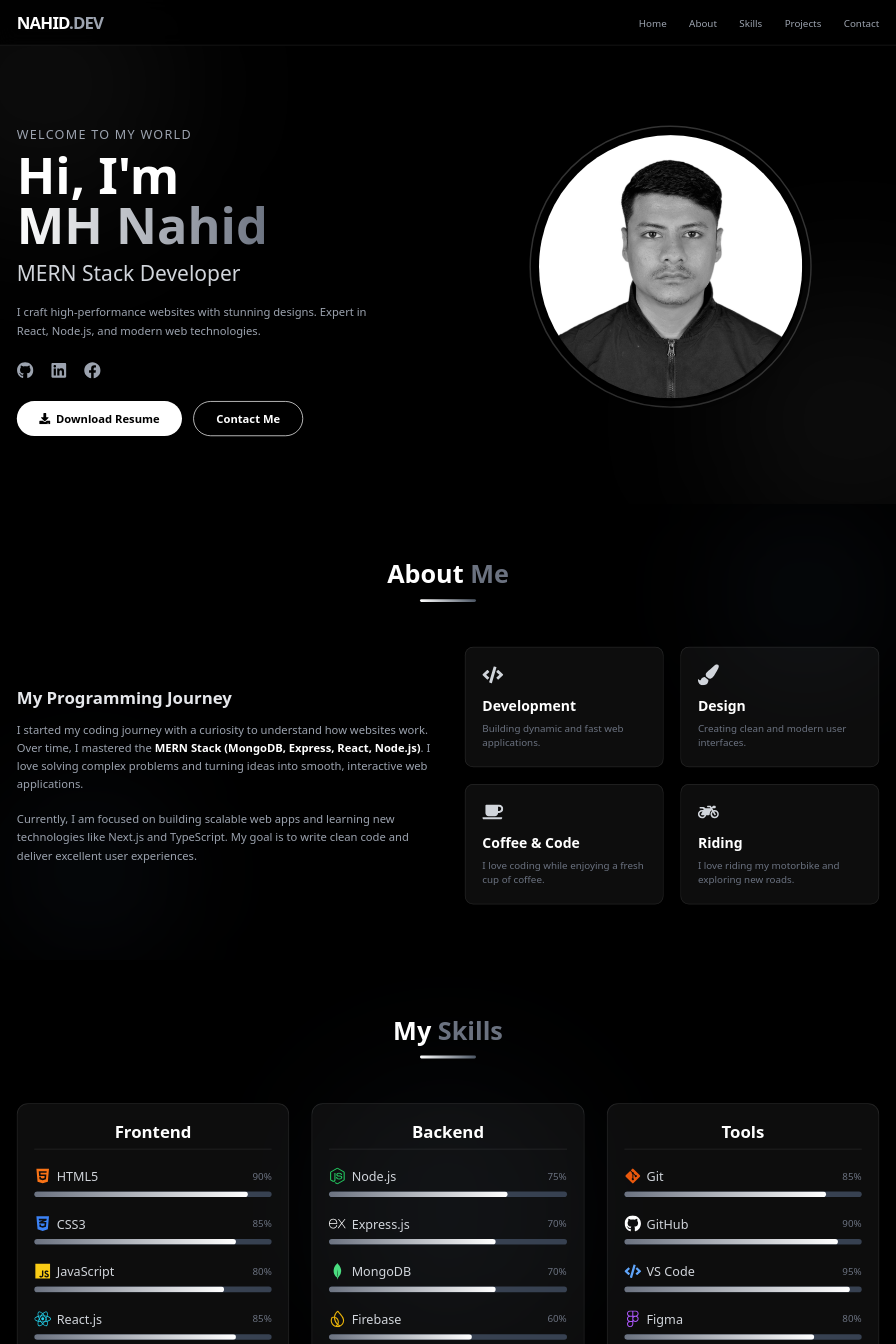
Repository: nahid-hasann/portfolio
Page: /
These files come from the project's save history. The page is drawn as it stood at one moment and after the next save; the edit follows.
The browser window is 1280 px wide. The pictures show the part of the page from y = 0 to 1920 px (the page is 3620 px tall), at 70% of full size.
The project was rebuilt for these pictures with package versions that can differ from the ones it lists, and the page was loaded fresh each time. Some packages were replaced by stand-ins written for this rebuild. Also part of the build but not shown: vite.config.js, src/pages/ProjectDetails.jsx.

Above is the page before, as saved 2026-01-05 23:37:59.

### index.html
<!doctype html>
<html data-theme="light" lang="en">
  <head>
    <meta charset="UTF-8" />
    <link rel="icon" type="image/svg+xml" href="/vite.svg" />
    <meta name="viewport" content="width=device-width, initial-scale=1.0" />
    <title>my-portfolio</title>
  </head>
  <body>
    <div id="root"></div>
    <script type="module" src="/src/main.jsx"></script>
  </body>
</html>

### src/main.jsx
import { StrictMode } from 'react'
import { createRoot } from 'react-dom/client'
import './index.css'
import App from './App.jsx'
import {
  createBrowserRouter,
  RouterProvider,
} from "react-router-dom";
import Home from './pages/Home.jsx';
import ProjectDetails from './pages/ProjectDetails.jsx';

const router = createBrowserRouter([
  {
    path: "/",
    element: <App />,
    children: [
      {
        path: "/",
        element: <Home></Home>,
      },
      {
        path: "/about",
        element: <div className="text-center mt-10 text-2xl">ℹ️ This is About Section</div>,
      },
      {
        path: "/projects",
        element: <div className="text-center mt-10 text-2xl">🚀 This is Projects Section</div>,
      },
      {
        path: "/contact",
        element: <div className="text-center mt-10 text-2xl">📞 This is Contact Section</div>,
      },
      {
        path: "/skills",
        element: <div className="text-center mt-10 text-2xl" >this is skill </div>
      },
      {

        path: "/project/:id",
        element: <ProjectDetails />,

      }
    ]
  },
]);

createRoot(document.getElementById('root')).render(
  <StrictMode>
    <RouterProvider router={router} />
  </StrictMode>,
)

### src/index.css
@tailwind base;
@tailwind components;
@tailwind utilities;

html {
    scroll-behavior: smooth;
    background-color: #000000;

    color: #ffffff;
}


::-webkit-scrollbar {
    width: 8px;
}

::-webkit-scrollbar-track {
    background: #1a1a1a;
}

::-webkit-scrollbar-thumb {
    background: #444;
    border-radius: 4px;
}

::-webkit-scrollbar-thumb:hover {
    background: #fff;
}

### src/App.jsx
import React from 'react';
import { Outlet } from 'react-router-dom';
import Navbar from './components/Navbar';
import Footer from './components/Footer';

function App() {
  return (
    // ১. overflow-x-hidden এবং min-h-screen যোগ করা হলো
    <div className="bg-black text-white min-h-screen flex flex-col overflow-x-hidden">

      <Navbar />

      <div className="w-full flex-grow">
        <Outlet />
      </div>

      <Footer />
    </div>
  );
}

export default App;

### src/pages/Home.jsx
import React from 'react';
import Hero from '../components/Hero';
import About from '../components/About';
import Skills from '../components/Skills';
// import ProjectDetails from './ProjectDetails';
import Projects from '../components/Projects';
import Contact from '../components/Contact';


const Home = () => {
    return (
        <div className="bg-black min-h-screen">
            <Hero />
            <About></About>
            <Skills></Skills>
            <Projects></Projects>
            <Contact></Contact>
        </div>
    );
};

export default Home;

### src/components/Navbar.jsx
import React, { useState } from 'react';
import { useLocation } from 'react-router-dom';
import { motion, AnimatePresence } from 'framer-motion';
import { FaBars, FaTimes } from 'react-icons/fa';
import { HashLink } from 'react-router-hash-link';

const Navbar = () => {
    const [isOpen, setIsOpen] = useState(false);
    const location = useLocation();

    const navLinks = [
        { name: 'Home', path: '/#home' },
        { name: 'About', path: '/#about' },
        { name: 'Skills', path: '/#skills' },
        { name: 'Projects', path: '/#projects' },
        { name: 'Contact', path: '/#contact' },
    ];

    // 🔥 নতুন: এই ফাংশনটি ন্যাপবারের উচ্চতা অনুযায়ী একটু উপরে থামাবে
    const scrollWithOffset = (el) => {
        const yCoordinate = el.getBoundingClientRect().top + window.scrollY;
        const yOffset = -80; // ন্যাপবারের হাইট অনুযায়ী অ্যাডজাস্টমেন্ট
        window.scrollTo({ top: yCoordinate + yOffset, behavior: 'smooth' });
    }

    return (
        <nav className="fixed top-0 left-0 right-0 z-50 bg-black/80 backdrop-blur-md border-b border-white/10">
            <div className="container mx-auto px-6 py-4 flex justify-between items-center">

                {/* Logo Area */}
                <motion.div
                    initial={{ opacity: 0, x: -20 }}
                    animate={{ opacity: 1, x: 0 }}
                    transition={{ duration: 0.5 }}
                >
                    <HashLink
                        smooth
                        to="/#home"
                        scroll={el => scrollWithOffset(el)} // অফসেট যোগ করা হলো
                        className="text-2xl font-bold tracking-tighter text-white"
                    >
                        NAHID<span className="text-gray-400">.DEV</span>
                    </HashLink>
                </motion.div>

                {/* Desktop Menu */}
                <div className="hidden md:flex space-x-8">
                    {navLinks.map((link, index) => (
                        <motion.div
                            key={index}
                            initial={{ opacity: 0, y: -10 }}
                            animate={{ opacity: 1, y: 0 }}
                            transition={{ delay: 0.1 * index, duration: 0.5 }}
                        >
                            <HashLink
                                smooth
                                to={link.path}
                                scroll={el => scrollWithOffset(el)} // 🔥 এখানেও অফসেট যোগ করা হলো
                                className="text-sm font-medium text-gray-400 hover:text-white transition-colors duration-300 relative group"
                            >
                                {link.name}
                                <span className="absolute left-0 bottom-[-5px] w-0 h-[2px] bg-white transition-all duration-300 group-hover:w-full"></span>
                            </HashLink>
                        </motion.div>
                    ))}
                </div>

                {/* Mobile Menu Button */}
                <div className="md:hidden">
                    <button onClick={() => setIsOpen(!isOpen)} className="text-white focus:outline-none text-2xl">
                        {isOpen ? <FaTimes /> : <FaBars />}
                    </button>
                </div>
            </div>

            {/* Mobile Dropdown Menu */}
            <AnimatePresence>
                {isOpen && (
                    <motion.div
                        initial={{ opacity: 0, height: 0 }}
                        animate={{ opacity: 1, height: 'auto' }}
                        exit={{ opacity: 0, height: 0 }}
                        className="md:hidden bg-black border-b border-white/10 overflow-hidden"
                    >
                        <div className="flex flex-col items-center py-6 space-y-4">
                            {navLinks.map((link) => (
                                <HashLink
                                    key={link.name}
                                    smooth
                                    to={link.path}
                                    scroll={el => scrollWithOffset(el)} // 🔥 মোবাইলেও অফসেট যোগ করা হলো
                                    onClick={() => setIsOpen(false)}
                                    className="text-lg font-medium text-gray-400 hover:text-white"
                                >
                                    {link.name}
                                </HashLink>
                            ))}
                        </div>
                    </motion.div>
                )}
            </AnimatePresence>
        </nav>
    );
};

export default Navbar;

### src/components/Footer.jsx
import React from 'react';
import { FaGithub, FaLinkedin, FaFacebook } from "react-icons/fa";

const Footer = () => {
    return (
        <footer className="bg-black text-gray-400 py-8 border-t border-white/10">
            <div className="container mx-auto px-6 flex flex-col md:flex-row justify-between items-center">

                <div className="mb-4 md:mb-0">
                    <p className="text-sm">
                        &copy; {new Date().getFullYear()} <span className="text-white font-bold">MH Nahid</span>. All rights reserved.
                    </p>
                </div>

                <div className="flex gap-6">
                    <a href="https://github.com/nahid-hasann" className="hover:text-white transition text-xl"><FaGithub /></a>
                    <a href="https://www.linkedin.com/in/mh-nahid-webdev/" className="hover:text-white transition text-xl"><FaLinkedin /></a>
                    <a href="https://www.facebook.com/mh.na.hi.d.554448/" className="hover:text-white transition text-xl"><FaFacebook /></a>
                </div>
            </div>
        </footer>
    );
};

export default Footer;

### src/components/Hero.jsx
import React from 'react';
import { motion } from 'framer-motion';
import { FaGithub, FaLinkedin, FaFacebook, FaDownload } from "react-icons/fa";

const Hero = () => {

    const fadeUp = {
        hidden: { opacity: 0, y: 30 },
        visible: { opacity: 1, y: 0, transition: { duration: 0.8 } }
    };

    return (
        <section id='home' className="min-h-screen bg-black text-white flex items-center justify-center pt-20 overflow-hidden relative">


            <div className="absolute top-[-10%] left-[-10%] w-96 h-96 bg-white/5 rounded-full blur-[100px]" />
            <div className="absolute bottom-[-10%] right-[-10%] w-96 h-96 bg-white/5 rounded-full blur-[100px]" />

            <div className="container mx-auto px-6 grid md:grid-cols-2 gap-10 items-center relative z-10">

                {/* Left Side: Text Content */}
                <motion.div
                    initial="hidden"
                    animate="visible"
                    variants={{
                        visible: { transition: { staggerChildren: 0.2 } }
                    }}
                    className="text-center md:text-left"
                >
                    <motion.p variants={fadeUp} className="text-gray-400 text-lg mb-2 tracking-widest uppercase">
                        Welcome to my world
                    </motion.p>

                    <motion.h1 variants={fadeUp} className="text-5xl md:text-7xl font-bold mb-4 leading-tight">
                        Hi, I'm <br />
                        <span className="text-transparent bg-clip-text bg-gradient-to-r from-white to-gray-500">
                            MH Nahid
                        </span>
                    </motion.h1>

                    <motion.h2 variants={fadeUp} className="text-2xl md:text-3xl font-light text-gray-300 mb-6">
                        MERN Stack Developer
                    </motion.h2>

                    <motion.p variants={fadeUp} className="text-gray-400 max-w-lg mx-auto md:mx-0 mb-8 leading-relaxed">
                        I craft high-performance websites with stunning designs. Expert in React, Node.js, and modern web technologies.
                    </motion.p>


                    <motion.div variants={fadeUp} className="flex gap-6 justify-center md:justify-start mb-8">
                        {[
                            { icon: <FaGithub />, link: "https://github.com/nahid-hasann" },
                            { icon: <FaLinkedin />, link: "https://www.linkedin.com/in/mh-nahid-webdev/" },
                            { icon: <FaFacebook />, link: "https://www.facebook.com/mh.na.hi.d.554448/" }
                        ].map((social, index) => (
                            <a
                                key={index}
                                href={social.link}
                                target="_blank"
                                className="text-2xl text-gray-400 hover:text-white hover:scale-110 transition-transform duration-300"
                            >
                                {social.icon}
                            </a>
                        ))}
                    </motion.div>


                    <motion.div variants={fadeUp} className="flex flex-col sm:flex-row gap-4 justify-center md:justify-start">
                        <a
                            href="/resume.pdf"
                            download
                            className="px-8 py-3 bg-white text-black font-bold rounded-full hover:bg-gray-200 transition duration-300 flex items-center justify-center gap-2"
                        >
                            <FaDownload /> Download Resume
                        </a>
                        <a
                            href="/contact"
                            className="px-8 py-3 border border-white text-white font-bold rounded-full hover:bg-white/10 transition duration-300"
                        >
                            Contact Me
                        </a>
                    </motion.div>
                </motion.div>


                <motion.div
                    initial={{ opacity: 0, scale: 0.8 }}
                    animate={{ opacity: 1, scale: 1 }}
                    transition={{ duration: 0.8 }}
                    className="flex justify-center"
                >

                    <motion.div
                        animate={{ y: [0, -20, 0] }}
                        transition={{ duration: 4, repeat: Infinity, ease: "easeInOut" }}
                        className="relative w-80 h-80 md:w-96 md:h-96"
                    >

                        <div className="absolute inset-0 border-2 border-white/20 rounded-full transform rotate-6 scale-105" />


                        <img
                            src="/193213-.jpg"
                            alt="Nahid Profile"
                            className="w-full object-top h-full object-cover rounded-full shadow-2xl border-4 border-black grayscale hover:grayscale-0 transition duration-500"
                        />
                    </motion.div>
                </motion.div>
            </div>
        </section>
    );
};

export default Hero;

### src/components/Projects.jsx
import React from 'react';
import { motion } from 'framer-motion';
import { Link } from 'react-router-dom';
import { FaArrowRight } from "react-icons/fa";
// আমাদের তৈরি করা ডাটা ইমপোর্ট করছি
// import { Projects } from '../data/projects';
// import { projects } from '../data/project';
// import { projects } from '../data/project';
// import { projects } from '../data/projects';
import { projects } from '../data/projects';

const Projects = () => {
    return (
        <section id="projects" className="py-20 bg-black text-white">
            <div className="container mx-auto px-6">
                {/* Title */}
                <motion.div
                    initial={{ opacity: 0, y: 20 }}
                    whileInView={{ opacity: 1, y: 0 }}
                    transition={{ duration: 0.6 }}
                    className="text-center mb-16"
                >
                    <h2 className="text-4xl font-bold mb-4">Latest <span className="text-gray-500">Projects</span></h2>
                    <div className="w-20 h-1 bg-gradient-to-r from-white to-gray-600 mx-auto rounded-full"></div>
                </motion.div>

                {/* Projects Grid */}
                <div className="grid md:grid-cols-3 gap-8">
                    {projects.map((project, index) => (
                        <motion.div
                            key={project.id}
                            initial={{ opacity: 0, y: 30 }}
                            whileInView={{ opacity: 1, y: 0 }}
                            transition={{ delay: index * 0.2, duration: 0.8 }}
                            whileHover={{ y: -10 }} // কার্ড হোভার করলে একটু উপরে উঠবে
                            className="group bg-white/5 rounded-xl overflow-hidden border border-white/10 hover:border-white/30 transition-all"
                        >
                            {/* Project Image */}
                            <div className="relative overflow-hidden h-48">
                                <img
                                    src={project.image}
                                    alt={project.title}
                                    className="w-full h-full object-cover transform group-hover:scale-110 transition duration-500"
                                />
                            </div>

                            {/* Content */}
                            <div className="p-6">
                                <h3 className="text-2xl font-bold mb-2 group-hover:text-gray-300 transition">{project.title}</h3>
                                <p className="text-gray-400 text-sm mb-4 line-clamp-3">
                                    {project.description}
                                </p>

                                {/* View Details Button */}
                                <Link
                                    to={`/project/${project.id}`}
                                    className="inline-flex items-center gap-2 text-white font-semibold hover:text-gray-300 transition"
                                >
                                    View Details <FaArrowRight className="text-sm" />
                                </Link>
                            </div>
                        </motion.div>
                    ))}
                </div>
            </div>
        </section>
    );
};

export default Projects;

Loaded but not shown: src/data/projects.js (36 lines, source omitted); tailwind.config.js (13 lines, source omitted); src/components/Contact.jsx (178 lines, source omitted); src/components/Skills.jsx (102 lines, source omitted); src/components/About.jsx (88 lines, source omitted)

After the next save:
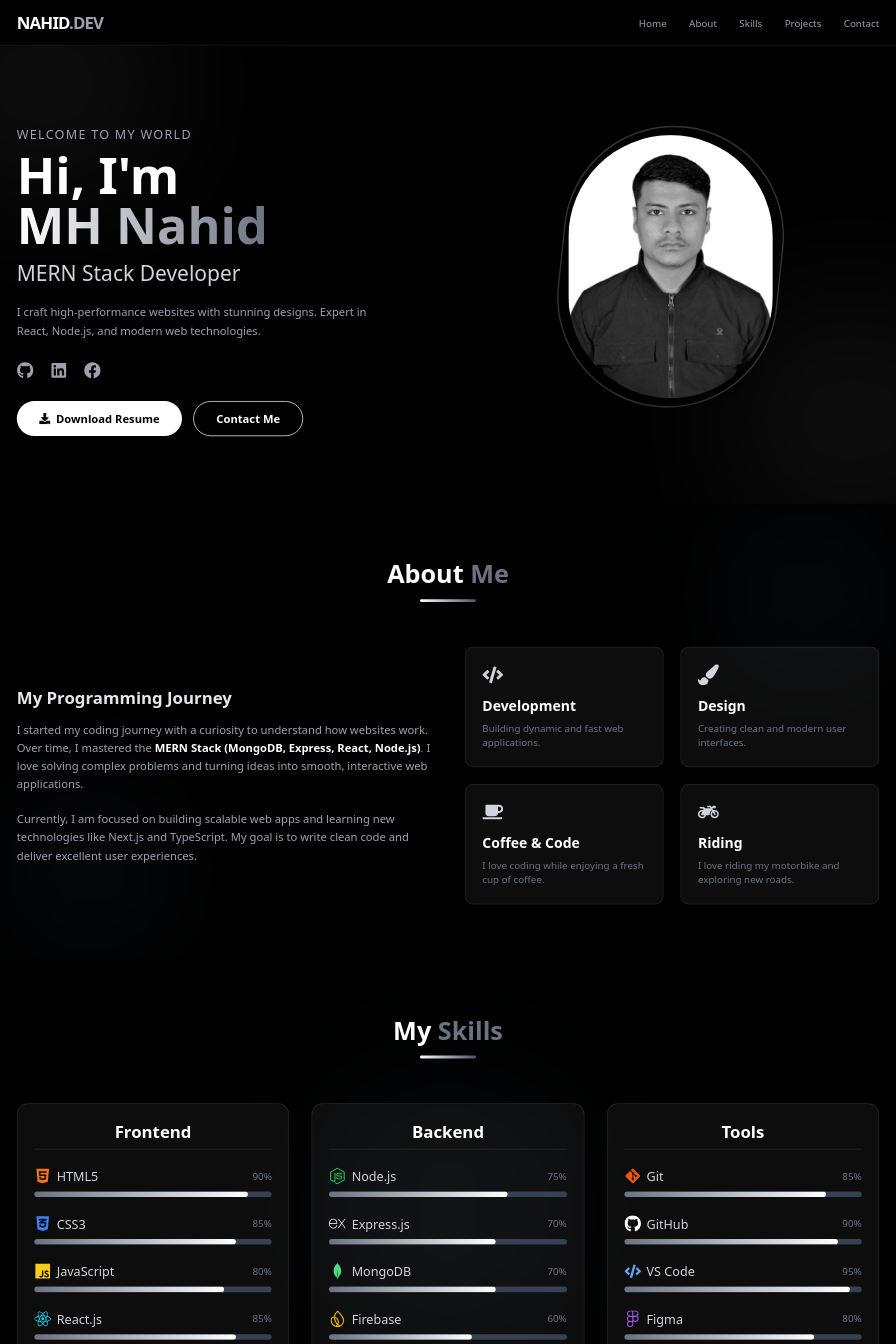
Saved 24 s later.
--- a/src/components/Hero.jsx
+++ b/src/components/Hero.jsx
@@ -1,6 +1,8 @@
 import React from 'react';
 import { motion } from 'framer-motion';
 import { FaGithub, FaLinkedin, FaFacebook, FaDownload } from "react-icons/fa";
+// ১. HashLink ইমপোর্ট করো
+import { HashLink } from 'react-router-hash-link';
 
 const Hero = () => {
 
@@ -11,7 +13,6 @@ const Hero = () => {
 
     return (
         <section id='home' className="min-h-screen bg-black text-white flex items-center justify-center pt-20 overflow-hidden relative">
-
 
             <div className="absolute top-[-10%] left-[-10%] w-96 h-96 bg-white/5 rounded-full blur-[100px]" />
             <div className="absolute bottom-[-10%] right-[-10%] w-96 h-96 bg-white/5 rounded-full blur-[100px]" />
@@ -46,7 +47,6 @@ const Hero = () => {
                         I craft high-performance websites with stunning designs. Expert in React, Node.js, and modern web technologies.
                     </motion.p>
 
-
                     <motion.div variants={fadeUp} className="flex gap-6 justify-center md:justify-start mb-8">
                         {[
                             { icon: <FaGithub />, link: "https://github.com/nahid-hasann" },
@@ -73,12 +73,14 @@ const Hero = () => {
                         >
                             <FaDownload /> Download Resume
                         </a>
-                        <a
-                            href="/contact"
+                        {/* ২. এখানে HashLink ব্যবহার করা হলো যাতে পেজ রিফ্রেশ না হয় */}
+                        <HashLink
+                            smooth
+                            to="/#contact"
                             className="px-8 py-3 border border-white text-white font-bold rounded-full hover:bg-white/10 transition duration-300"
                         >
                             Contact Me
-                        </a>
+                        </HashLink>
                     </motion.div>
                 </motion.div>
 
@@ -89,15 +91,14 @@ const Hero = () => {
                     transition={{ duration: 0.8 }}
                     className="flex justify-center"
                 >
-
+                    {/* ৩. ছবির সাইজ w-80 থেকে w-full max-w-[300px] করা হলো */}
                     <motion.div
                         animate={{ y: [0, -20, 0] }}
                         transition={{ duration: 4, repeat: Infinity, ease: "easeInOut" }}
-                        className="relative w-80 h-80 md:w-96 md:h-96"
+                        className="relative w-full max-w-[300px] aspect-square md:w-96 md:h-96 mx-auto"
                     >
 
                         <div className="absolute inset-0 border-2 border-white/20 rounded-full transform rotate-6 scale-105" />
-
 
                         <img
                             src="/193213-.jpg"
